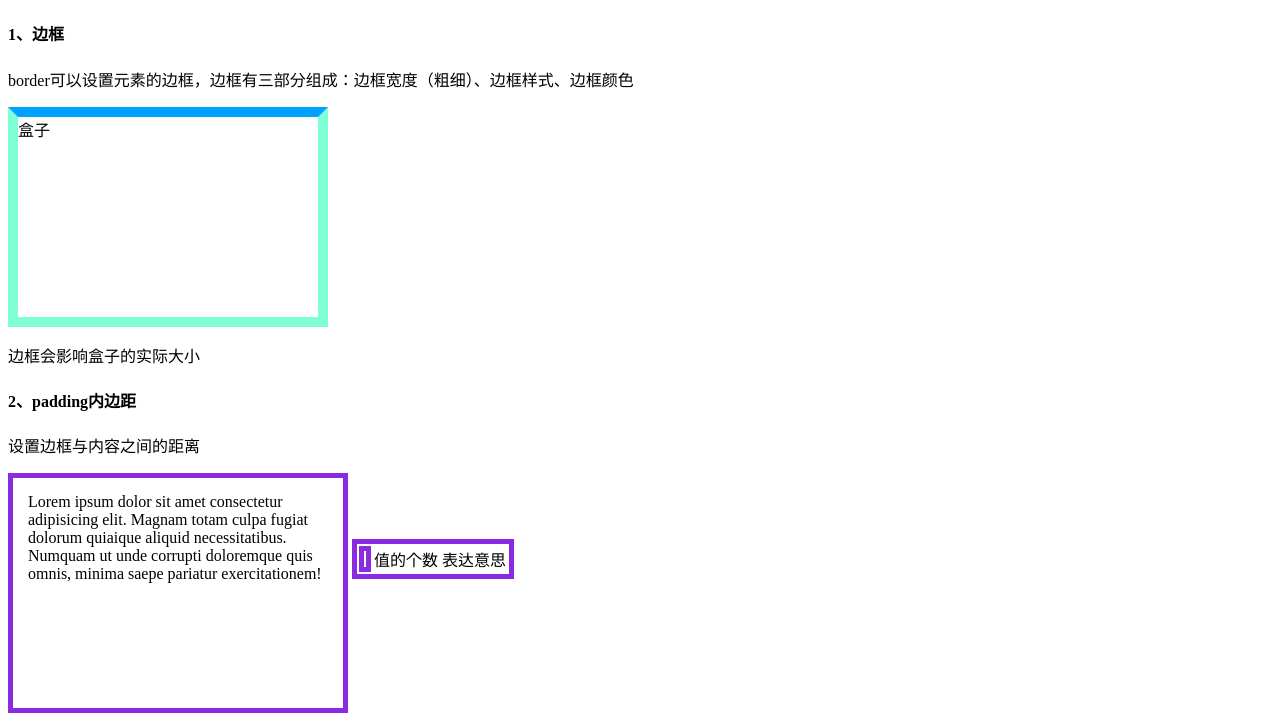
Repository: zhengdeya/web-based
Page: 27-盒子模型.html
These files come from the project's save history. The page is drawn as it stood at one moment and after the next save; the edit follows.
The browser window is 1280 px wide. The pictures show the whole page.

Above is the page before, as saved 2021-04-09 16:21:30.

### 27-盒子模型.html
<!DOCTYPE html>
<html lang="en">

<head>
    <meta charset="UTF-8">
    <meta http-equiv="X-UA-Compatible" content="IE=edge">
    <meta name="viewport" content="width=device-width, initial-scale=1.0">
    <title>盒子模型</title>
    <style>
        .box {
            width: 300px;
            height: 200px;

        }

        .inlinebox {
            display: inline-block;
        }

        .border1 {
            /* 边框粗细 一般用 px 做单位*/
            border-width: 10px;

            /* 实线边框 dashed 为虚线 */
            border-style: solid;
            /* border-style: dashed; */

            /* 边框颜色 */
            border-color: aquamarine;

            /* 复合写法，没有顺序 */
            /* border: 1px solid red; */

            /* 单独制定某条边框 */
            border-top-color: rgb(0, 162, 255);
        }

        .border2 {
            border: 5px solid blueviolet;
        }

        .padding1 {
            padding-left: 15px;
            padding-right: 15px;
            padding-top: 15px;
            padding-bottom: 15px;
        }
    </style>
</head>

<body>
    <h4>1、边框</h4>
    <p>border可以设置元素的边框，边框有三部分组成：边框宽度（粗细）、边框样式、边框颜色</p>
    <div class="box border1">盒子</div>
    <p>边框会影响盒子的实际大小</p>

    <h4>2、padding内边距</h4>
    <p>设置边框与内容之间的距离</p>
    <div class="box border2 padding1 inlinebox">Lorem ipsum dolor sit amet consectetur adipisicing elit. Magnam totam
        culpa fugiat
        dolorum
        quiaique aliquid
        necessitatibus. Numquam ut
        unde corrupti doloremque quis omnis, minima saepe pariatur exercitationem!</div>
    <table class="inlinebox border2">
        <thead>
            <th class="border2">
            <td>值的个数</td>
            <td>表达意思</td>
            </th>
        </thead>
    </table>
</body>

</html>

After the next save:
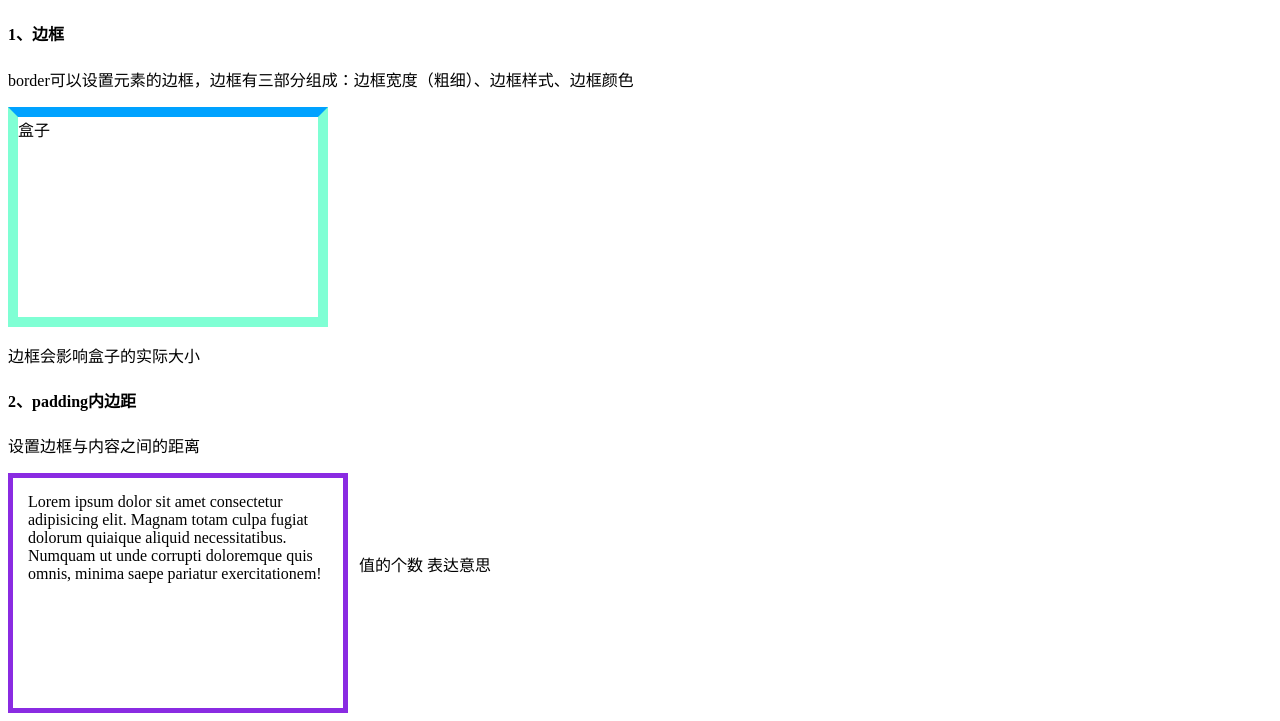
Saved 29 s later.
--- a/27-盒子模型.html
+++ b/27-盒子模型.html
@@ -62,9 +62,9 @@
         quiaique aliquid
         necessitatibus. Numquam ut
         unde corrupti doloremque quis omnis, minima saepe pariatur exercitationem!</div>
-    <table class="inlinebox border2">
+    <table class="inlinebox">
         <thead>
-            <th class="border2">
+            <th>
             <td>值的个数</td>
             <td>表达意思</td>
             </th>
